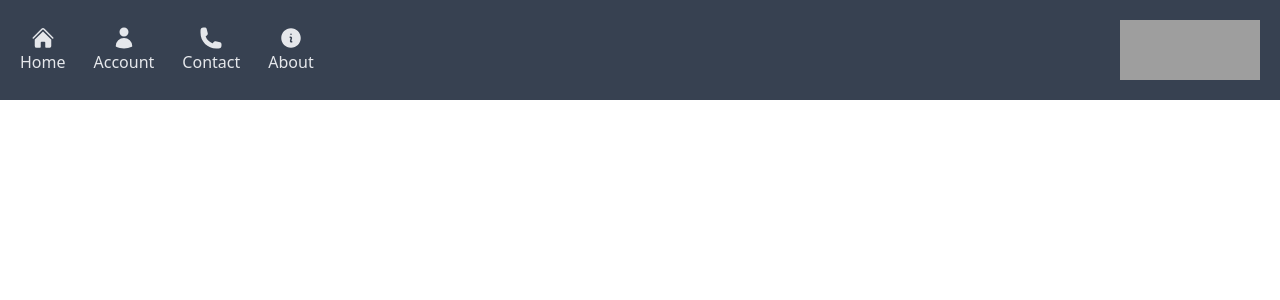
Repository: lyvandat/imdb-movie
Page: /
An editor plug-in stored every save of this project. The page is shown before and after a run of saves, followed by the edit.
The browser window is 1280 px wide. The pictures show the whole page.
Pictures or frames that could not be fetched are drawn as grey boxes. The project was rebuilt for these pictures with package versions that can differ from the ones it lists, and the page was loaded fresh each time. The framework's server and built-in components were replaced by stand-ins that run in the browser. Also part of the build but not shown: next.config.js.

Above is the page before, as saved 2022-10-04 10:35:50.

After the next 5 saves:
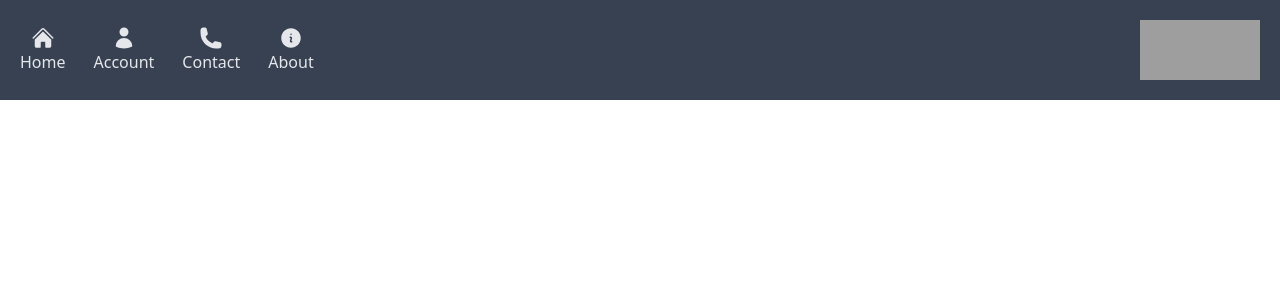
The 5 saves are shown as one change because they came seconds apart.
The last was saved 82 s later.
--- a/components/Header.js
+++ b/components/Header.js
@@ -34,7 +34,7 @@ function Header() {
       </ul>
       <Image
         src="https://th.bing.com/th/id/R.96d6a3163510b47bda4d016b465fb380?rik=RdmM%2faKqGkQOUw&riu=http%3a%2f%2fimg4.wikia.nocookie.net%2f__cb20130124112826%2flogopedia%2fimages%2f8%2f8e%2fIMDB.png&ehk=Svd7%2fn42Zig1owSS1hb%2b2k8bFFdbEKW6iFyTQu2u5yw%3d&risl=&pid=ImgRaw&r=0"
-        width={140}
+        width={120}
         height={60}
         layout="fixed"
         className="hover:brightness-110"
